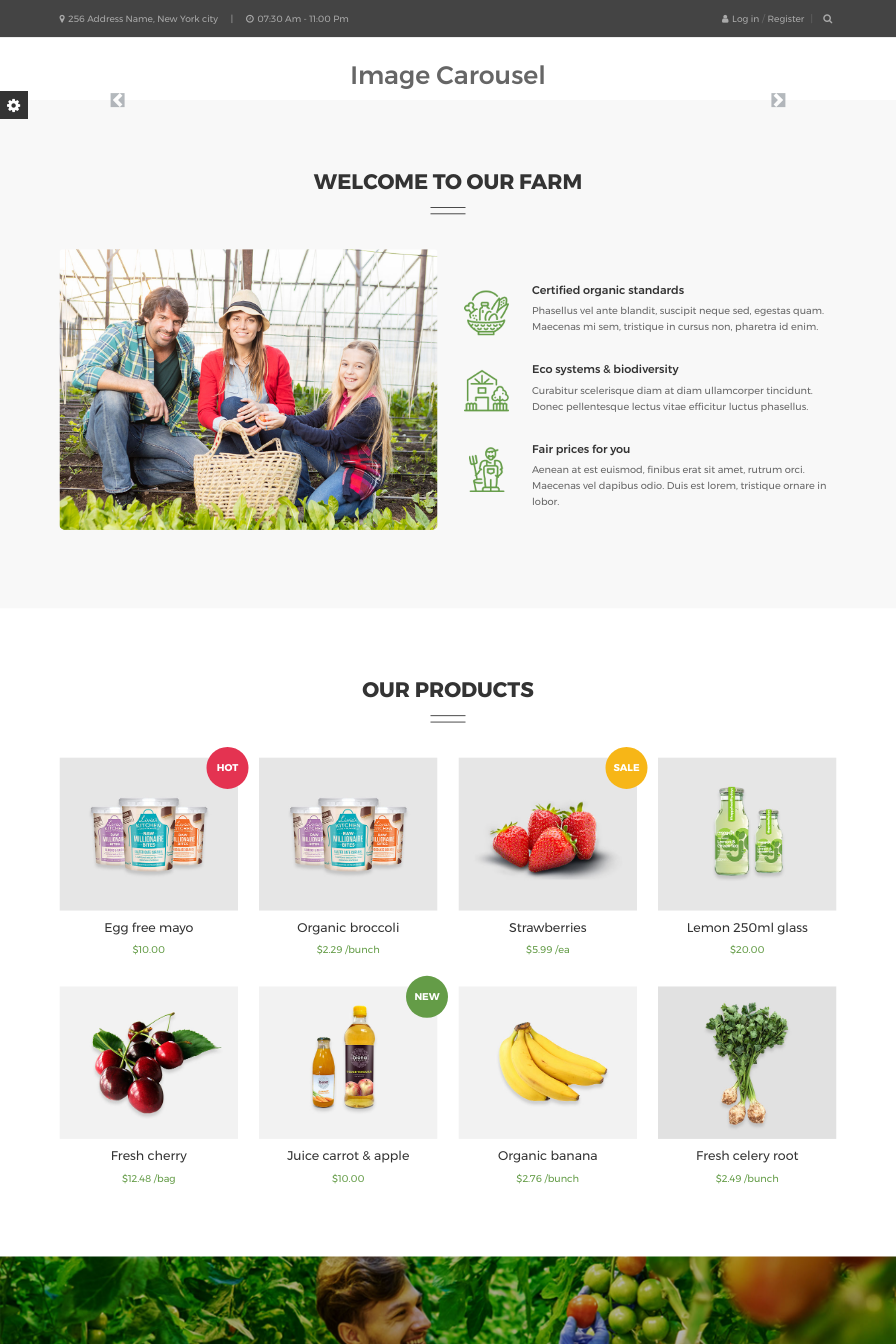
Repository: riteshyadav7878/ecofood
Page: http://localhost/
These files come from the project's save history. The page is drawn as it stood at one moment and after the next save; the edit follows.
The browser window is 1280 px wide. The pictures show the part of the page from y = 0 to 1920 px (the page is 3601 px tall before and 3526 px after), at 70% of full size.
Backgrounds fixed to the window are drawn as part of the page. Some web libraries are served in a nearby version. The page is run by PHP 8.4 with error messages shown; the project is at /var/www/html/. Queries for data that is not in the repository find no rows.

Above is the page before, as saved 2024-09-03 11:59:58.

After the next save:
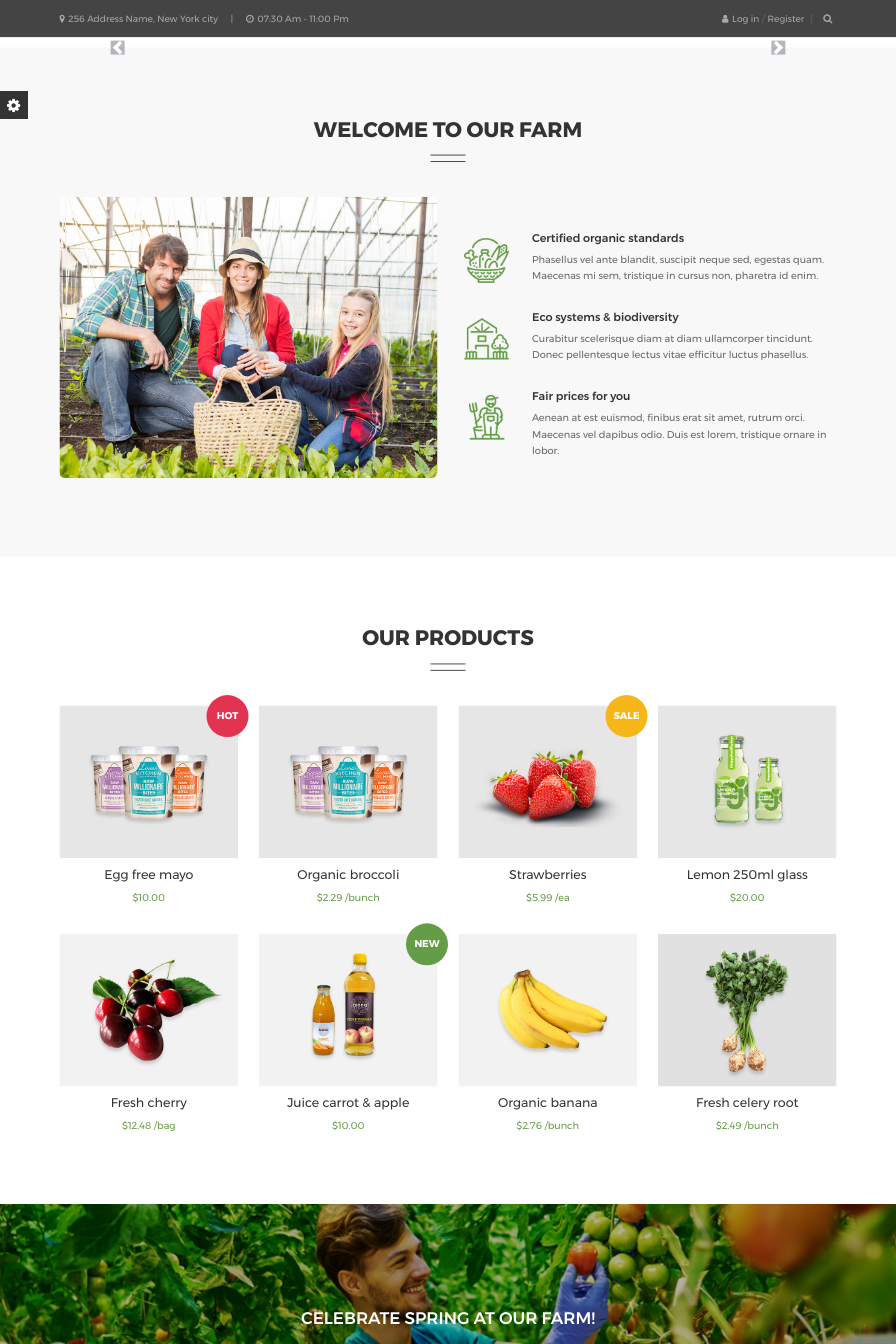
Saved 87 s later.
--- a/index.php
+++ b/index.php
@@ -165,7 +165,6 @@ $result = $conn->query($sql);
 
 <section>
 <div class="container mt-4">
-        <h1 class="text-center mb-4">Image Carousel</h1>
 
         <!-- Bootstrap Carousel -->
         <div id="carouselExampleIndicators" class="carousel slide">
